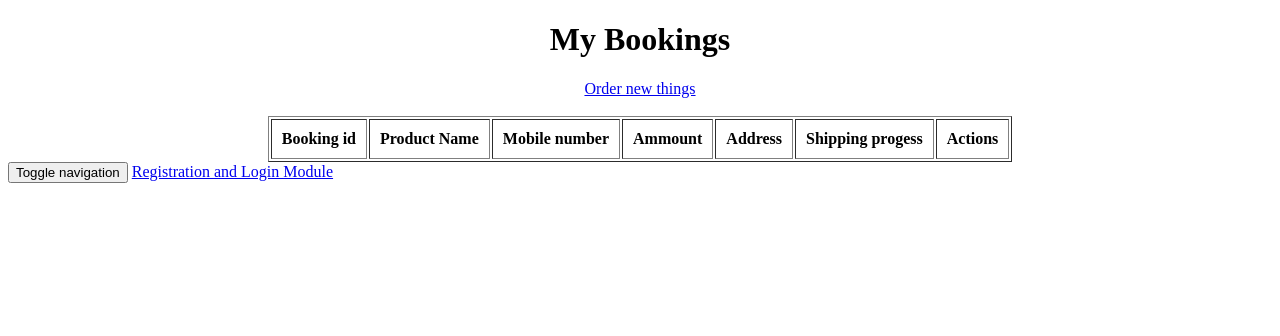
Repository: gousiya669/edubridgeprojects
Page: http://localhost/index
An editor plug-in stored every save of this project. The page is shown before and after the next save, followed by the edit.
The browser window is 1280 px wide. The pictures show the whole page.
The page is this project's Thymeleaf template; nobody is signed in. The template is opened directly, without the code that normally fills it, so the values that code supplies are empty.

Above is the page before, as saved 2021-10-01 12:50:59.

After the next save:
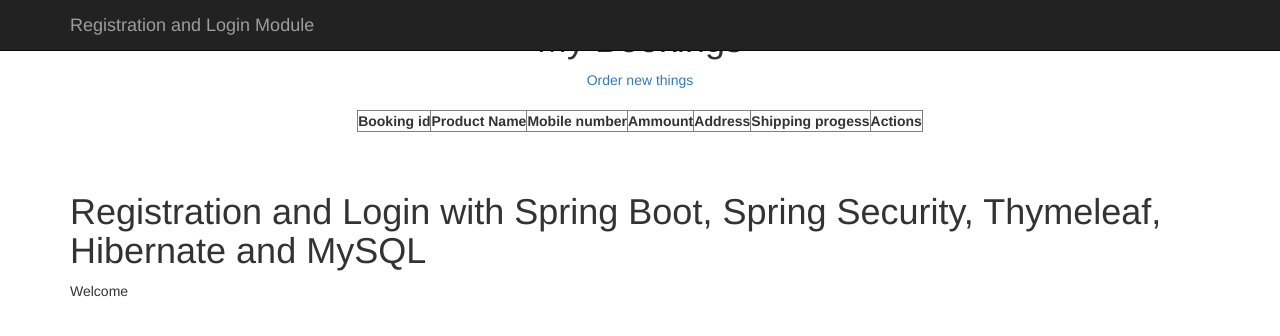
Saved 58 s later.
--- a/java code/eclipse-workspace/shoppingmart/src/main/resources/templates/index.html
+++ b/java code/eclipse-workspace/shoppingmart/src/main/resources/templates/index.html
@@ -57,6 +57,30 @@
 
 
 
+
+
+
+
+
+
+
+
+
+
+<!DOCTYPE html>
+<html xmlns:th="http://www.thymeleaf.org"
+ xmlns:sec="http://www.thymeleaf.org/thymeleaf-extras-springsecurity3">
+<head>
+<meta charset="ISO-8859-1">
+<title>Registration and Login App</title>
+
+<link rel="stylesheet"
+ href="https://maxcdn.bootstrapcdn.com/bootstrap/3.3.7/css/bootstrap.min.css"
+ integrity="sha384-BVYiiSIFeK1dGmJRAkycuHAHRg32OmUcww7on3RYdg4Va+PmSTsz/K68vbdEjh4u"
+ crossorigin="anonymous">
+
+</head>
+<body>
  <!-- create navigation bar ( header) -->
  <nav class="navbar navbar-inverse navbar-fixed-top">
   <div class="container">
@@ -82,6 +106,10 @@
  <br>
  <br>
 
-
+ <div class="container">
+  <h1>Registration and Login with Spring Boot, Spring Security,
+   Thymeleaf, Hibernate and MySQL</h1>
+  Welcome <span sec:authentication="principal.username"> User</span>
+ </div>
 </body>
 </html>
